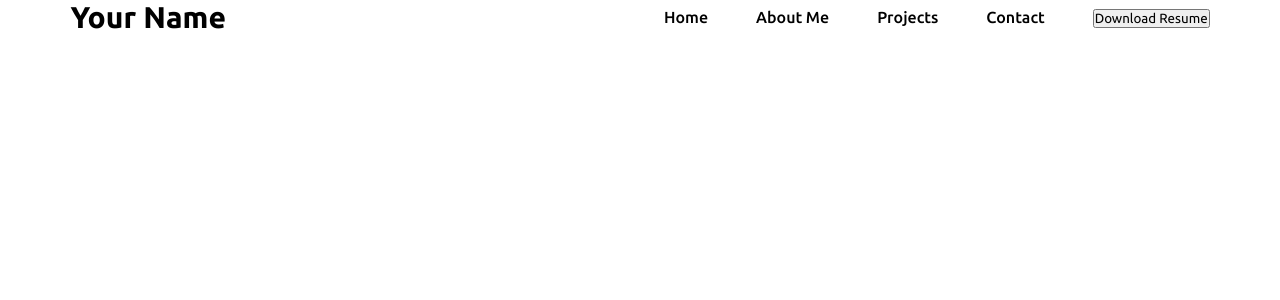
Repository: DevAntonioRogers/vanilla-portfolio
Page: index.html
The author's editor kept a copy of each file at every save. The page is drawn from the files as they stood at one save, then again after the next save.
The browser window is 1280 px wide. The pictures show the whole page.

Above is the page before, as saved 2023-07-14 16:07:52.

### index.html
<!DOCTYPE html>
<html lang="en">
  <head>
    <meta charset="UTF-8" />
    <meta name="viewport" content="width=device-width, initial-scale=1.0" />
    <link rel="stylesheet" href="style.css" />
    <title>Antonio Rogers</title>
  </head>
  <body>
    <nav>
      <div class="container navbar">
        <a href="/" aria-label="Home"> <h1>Your Name</h1></a>
        <ul>
          <li>
            <a href="/" aria-label="Home">Home</a>
          </li>
          <li>
            <a href="/" aria-label="About Me">About Me</a>
          </li>
          <li>
            <a href="/" aria-label="Projects">Projects</a>
          </li>
          <li>
            <a href="/" aria-label="Contact">Contact</a>
          </li>
          <li>
            <a href="/resume.pdf" download aria-label="Download Resume">
              <button class="navbar-button">Download Resume</button>
            </a>
          </li>
        </ul>
      </div>
    </nav>

    <section class="hero"></section>
  </body>
</html>

### style.css
@import url("https://fonts.googleapis.com/css2?family=Ubuntu:wght@300;400;500;700&display=swap");

* {
  box-sizing: border-box;
  padding: 0;
  margin: 0;
  font-family: "Ubuntu", sans-serif;
}

a {
  text-decoration: none;
  color: inherit;
}

li {
  list-style: none;
}

.container {
  width: 89%;
  margin: auto;
  max-width: 1500px;
}

nav {
  background: linear-gradient(to bottom, #EF4444 20%, #FFC809 80%)
  padding: 20px 0;
}

.navbar {
  display: flex;
  justify-content: space-between;
  align-items: center;
}

.navbar h1 {
  font-size: 30px;
  font-weight: 700;
}

.navbar ul {
  display: flex;
  gap: 3rem;
}

.navbar ul li {
  font-weight: 500;
}

After the next save:
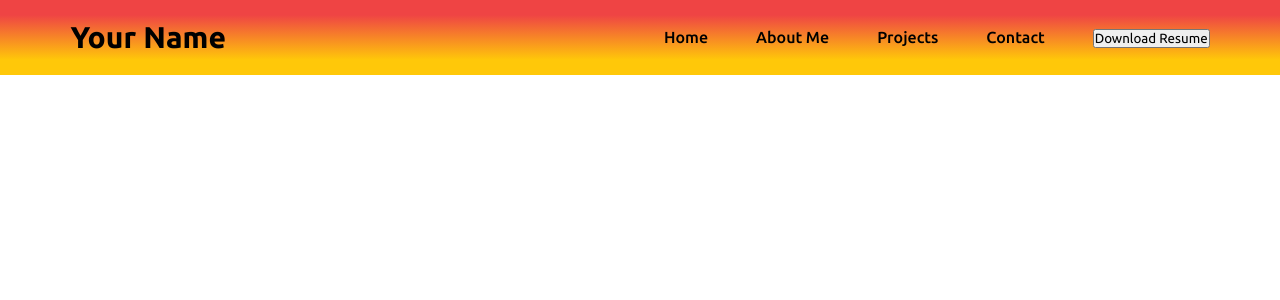
Saved 13 s later.
--- a/style.css
+++ b/style.css
@@ -23,7 +23,7 @@
 }
 
 nav {
-  background: linear-gradient(to bottom, #EF4444 20%, #FFC809 80%)
+  background: linear-gradient(to bottom, #ef4444 20%, #ffc809 80%);
   padding: 20px 0;
 }
 

After the save that followed:
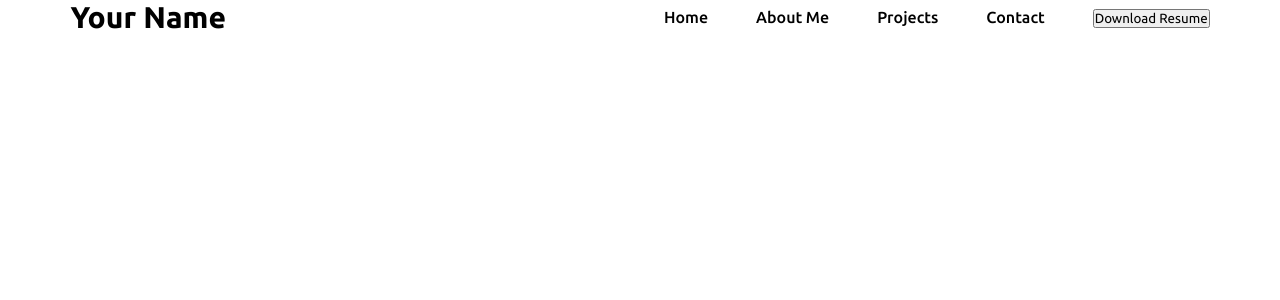
Saved 19 s later.
--- a/style.css
+++ b/style.css
@@ -23,7 +23,7 @@
 }
 
 nav {
-  background: linear-gradient(to bottom, #ef4444 20%, #ffc809 80%);
+  background: lightgoldenrodyellow
   padding: 20px 0;
 }
 
